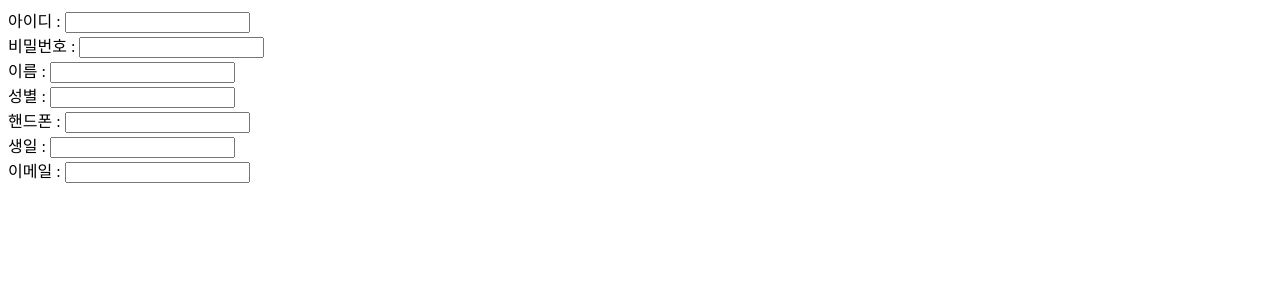
Repository: kaeh3403/IITP2019_Web_Project
Page: http://localhost/SignUp/NewFile.jsp
An editor plug-in stored every save of this project. The page is shown before and after the next save, followed by the edit.
The browser window is 1280 px wide. The pictures show the whole page.
The page is served by Tomcat 9.

Above is the page before, as saved 2019-07-14 12:25:06.

After the next save:
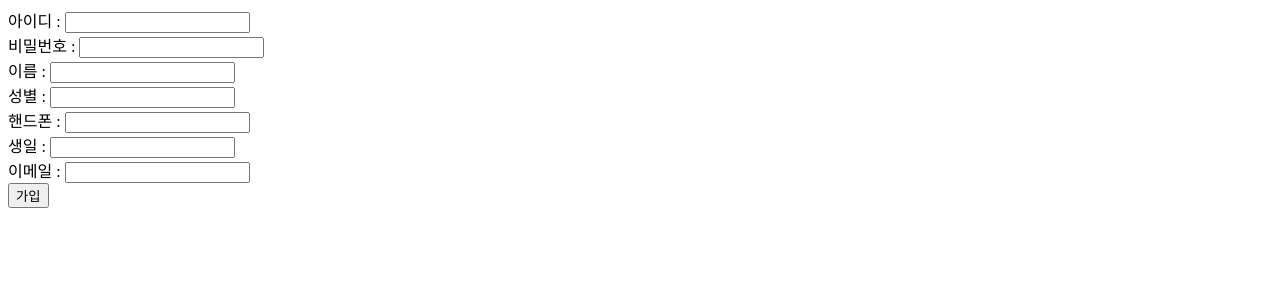
Saved 28 s later.
--- a/SignUp/WebContent/NewFile.jsp
+++ b/SignUp/WebContent/NewFile.jsp
@@ -14,5 +14,7 @@
 핸드폰 : <input type="text" name="cphone" /><br>
 생일 : <input type="text" name="birthday" /><br>
 이메일 : <input type="text" name="email" /><br>
+<input type="submit" value="가입"/>
+
 </body>
 </html>
